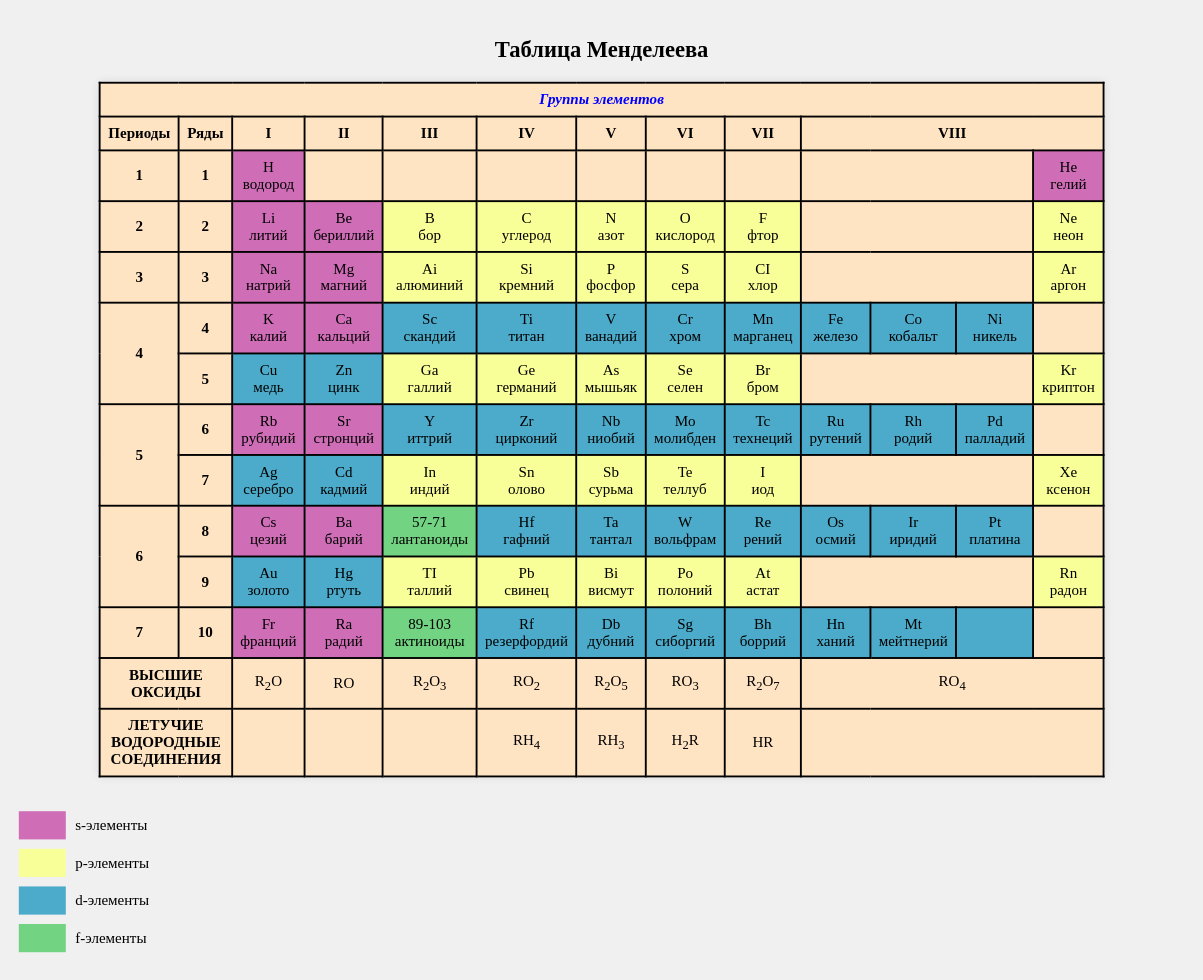
Repository: sannikovcode/exercises-a1
Page: JS/websites/01-periodic table/index.html
The author's editor kept a copy of each file at every save. The page is drawn from the files as they stood at one save, then again after the next save.
The browser window is 1280 px wide. The pictures show the whole page, at 94% of full size.

Above is the page before, as saved 2025-10-18 16:31:10.

### JS/websites/01-periodic table/index.html
<!DOCTYPE html>
<html lang="en">

<head>
    <meta charset="UTF-8">
    <meta name="viewport" content="width=device-width, initial-scale=1.0">
    <title>Periodic table</title>
    <link rel="stylesheet" href="styles.css">
</head>

<body>
    <table>
        <caption>Таблица Менделеева</caption>
        <thead>
            <tr>
                <th colspan="13"><i>Группы элементов</i></th>
            </tr>
        </thead>

        <tbody>
            <tr>
                <th scope="col">Периоды</th>
                <th scope="col">Ряды</th>
                <th scope="col">I</th>
                <th scope="col">II</th>
                <th scope="col">III</th>
                <th scope="col">IV</th>
                <th scope="col">V</th>
                <th scope="col">VI</th>
                <th scope="col">VII</th>
                <th scope="col" colspan="4">VIII</th>
            </tr>
            <tr>
                <th scope="row">1</th>
                <th>1</th>
                <td class="s">H<br>водород</td>
                <td></td>
                <td></td>
                <td></td>
                <td></td>
                <td></td>
                <td></td>
                <td colspan="3"></td>
                <td class="s">He<br>гелий</td>
            </tr>
            <tr>
                <th scope="row">2</th>
                <th>2</th>
                <td class="s">Li<br>литий</td>
                <td class="s">Be<br>бериллий</td>
                <td class="p">B<br>бор</td>
                <td class="p">C<br>углерод</td>
                <td class="p">N<br>азот</td>
                <td class="p">O<br>кислород</td>
                <td class="p">F<br>фтор</td>
                <td colspan="3"></td>
                <td class="p">Ne<br>неон</td>
            </tr>
            <tr>
                <th scope="row">3</th>
                <th>3</th>
                <td class="s">Na<br>натрий</td>
                <td class="s">Mg<br>магний</td>
                <td class="p">Ai<br>алюминий</td>
                <td class="p">Si<br>кремний</td>
                <td class="p">P<br>фосфор</td>
                <td class="p">S<br>сера</td>
                <td class="p">CI<br>хлор</td>
                <td colspan="3"></td>
                <td class="p">Ar<br>аргон</td>
            </tr>
            <tr>
                <th scope="row" rowspan="2">4</th>
                <th>4</th>
                <td class="s">K<br>калий</td>
                <td class="s">Ca<br>кальций</td>
                <td class="d">Sc<br>скандий</td>
                <td class="d">Ti<br>титан</td>
                <td class="d">V<br>ванадий</td>
                <td class="d">Cr<br>хром</td>
                <td class="d">Mn<br>марганец</td>
                <td class="d">Fe<br>железо</td>
                <td class="d">Co<br>кобальт</td>
                <td class="d">Ni<br>никель</td>
                <td></td>
            </tr>
            <tr>
                <th>5</th>
                <td class="d">Cu<br>медь</td>
                <td class="d">Zn<br>цинк</td>
                <td class="p">Ga<br>галлий</td>
                <td class="p">Ge<br>германий</td>
                <td class="p">As<br>мышьяк</td>
                <td class="p">Se<br>селен</td>
                <td class="p">Br<br>бром</td>
                <td colspan="3"></td>
                <td class="p">Kr<br>криптон</td>
            </tr>
            <tr>
                <th scope="row" rowspan="2">5</th>
                <th>6</th>
                <td class="s">Rb<br>рубидий</td>
                <td class="s">Sr<br>стронций</td>
                <td class="d">Y<br>иттрий</td>
                <td class="d">Zr<br>цирконий</td>
                <td class="d">Nb<br>ниобий</td>
                <td class="d">Mo<br>молибден</td>
                <td class="d">Tc<br>технеций</td>
                <td class="d">Ru<br>рутений</td>
                <td class="d">Rh<br>родий</td>
                <td class="d">Pd<br>палладий</td>
                <td></td>
            </tr>
            <tr>
                <th>7</th>
                <td class="d">Ag<br>серебро</td>
                <td class="d">Cd<br>кадмий</td>
                <td class="p">In<br>индий</td>
                <td class="p">Sn<br>олово</td>
                <td class="p">Sb<br>сурьма</td>
                <td class="p">Te<br>теллуб</td>
                <td class="p">I<br>иод</td>
                <td colspan="3"></td>
                <td class="p">Xe<br>ксенон</td>
            </tr>
            <tr>
                <th scope="row" rowspan="2">6</th>
                <th>8</th>
                <td class="s">Cs<br>цезий</td>
                <td class="s">Ba<br>барий</td>
                <td class="f">57-71<br>лантаноиды</td>
                <td class="d">Hf<br>гафний</td>
                <td class="d">Ta<br>тантал</td>
                <td class="d">W<br>вольфрам</td>
                <td class="d">Re<br>рений</td>
                <td class="d">Os<br>осмий</td>
                <td class="d">Ir<br>иридий</td>
                <td class="d">Pt<br>платина</td>
                <td></td>
            </tr>
            <tr>
                <th>9</th>
                <td class="d">Au<br>золото</td>
                <td class="d">Hg<br>ртуть</td>
                <td class="p">TI<br>таллий</td>
                <td class="p">Pb<br>свинец</td>
                <td class="p">Bi<br>висмут</td>
                <td class="p">Po<br>полоний</td>
                <td class="p">At<br>астат</td>
                <td colspan="3"></td>
                <td class="p">Rn<br>радон</td>
            </tr>
            <tr>
                <th scope="row">7</th>
                <th>10<br></th>
                <td class="s">Fr<br>франций</td>
                <td class="s">Ra<br>радий</td>
                <td class="f">89-103<br>актиноиды</td>
                <td class="d">Rf<br>резерфордий</td>
                <td class="d">Db<br>дубний</td>
                <td class="d">Sg<br>сиборгий</td>
                <td class="d">Bh<br>боррий</td>
                <td class="d">Hn<br>ханий</td>
                <td class="d">Mt<br>мейтнерий</td>
                <td class="d"></td>
                <td></td>
            </tr>
            <tr>
                <th colspan="2">ВЫСШИЕ <br>ОКСИДЫ</th>
                <td>R<sub>2</sub>O</td>
                <td>RO</td>
                <td>R<sub>2</sub>O<sub>3</sub></td>
                <td>RO<sub>2</sub></td>
                <td>R<sub>2</sub>O<sub>5</sub></td>
                <td>RO<sub>3</sub></td>
                <td>R<sub>2</sub>O<sub>7</sub></td>
                <td colspan="4">RO<sub>4</sub></td>
            </tr>
            <tr>
                <th colspan="2">ЛЕТУЧИЕ <br>ВОДОРОДНЫЕ <br> СОЕДИНЕНИЯ</th>
                <td></td>
                <td></td>
                <td></td>
                <td>RH<sub>4</sub></td>
                <td>RH<sub>3</sub></td>
                <td>H<sub>2</sub>R</td>
                <td>HR</td>
                <td colspan="4"></td>
            </tr>
        </tbody>
    </table>
    <br>
    <br>
    <tfoot>
        <div class="item">
            <div class="rectangle s"></div>
            <span>s-элементы</span>
        </div>

        <div class="item">
            <div class="rectangle p"></div>
            <span>p-элементы</span>
        </div>

        <div class="item">
            <div class="rectangle d"></div>
            <span>d-элементы</span>
        </div>

        <div class="item">
            <div class="rectangle f"></div>
            <span>f-элементы</span>
        </div>

    </tfoot>

    </table>




</body>

</html>

### JS/websites/01-periodic table/styles.css
body {
  background-color: hsl(0, 0%, 94%); /* фон всей страницы */
  margin: 0;
  padding: 20px;
}
table {
  background-color: #ffffff; /* фон таблицы */
  border-collapse: collapse;
  width: 100%;
  max-width: 900px;
  margin: 0 auto;
  box-shadow: 0 0 10px rgba(0,0,0,0.1);
}

table, th, td {
  border: 2px solid #000000;
}

th, td {
  padding: 8px;
  text-align: center;
  background-color: bisque;
}
caption {
  caption-side: top;
  font-weight: bold;
  padding: 20px;
  font-size: 1.5em;
}
thead {
  background-color: #222;   /* тёмный фон для заголовков */
  color: blue;              /* светлый текст */
  font-weight: bold;
}
tbody tr:hover {
  background-color: #7e3e3e;     /* выделение строки при наведении */
  color: #2a1199;
}



/* элементы */
.s {
  background-color: rgb(207, 109, 183);
}

.p {
  background-color: rgb(248, 255, 152);
}

.d {
  background-color: rgb(76, 171, 202);
}

.f {
  background-color: rgb(114, 211, 130);
}


.item {
    display: flex;
    align-items: center;
    margin-bottom: 10px;
}
  .rectangle {
    width: 50px;
    height: 30px;
    margin-right: 10px;
}

After the next save:
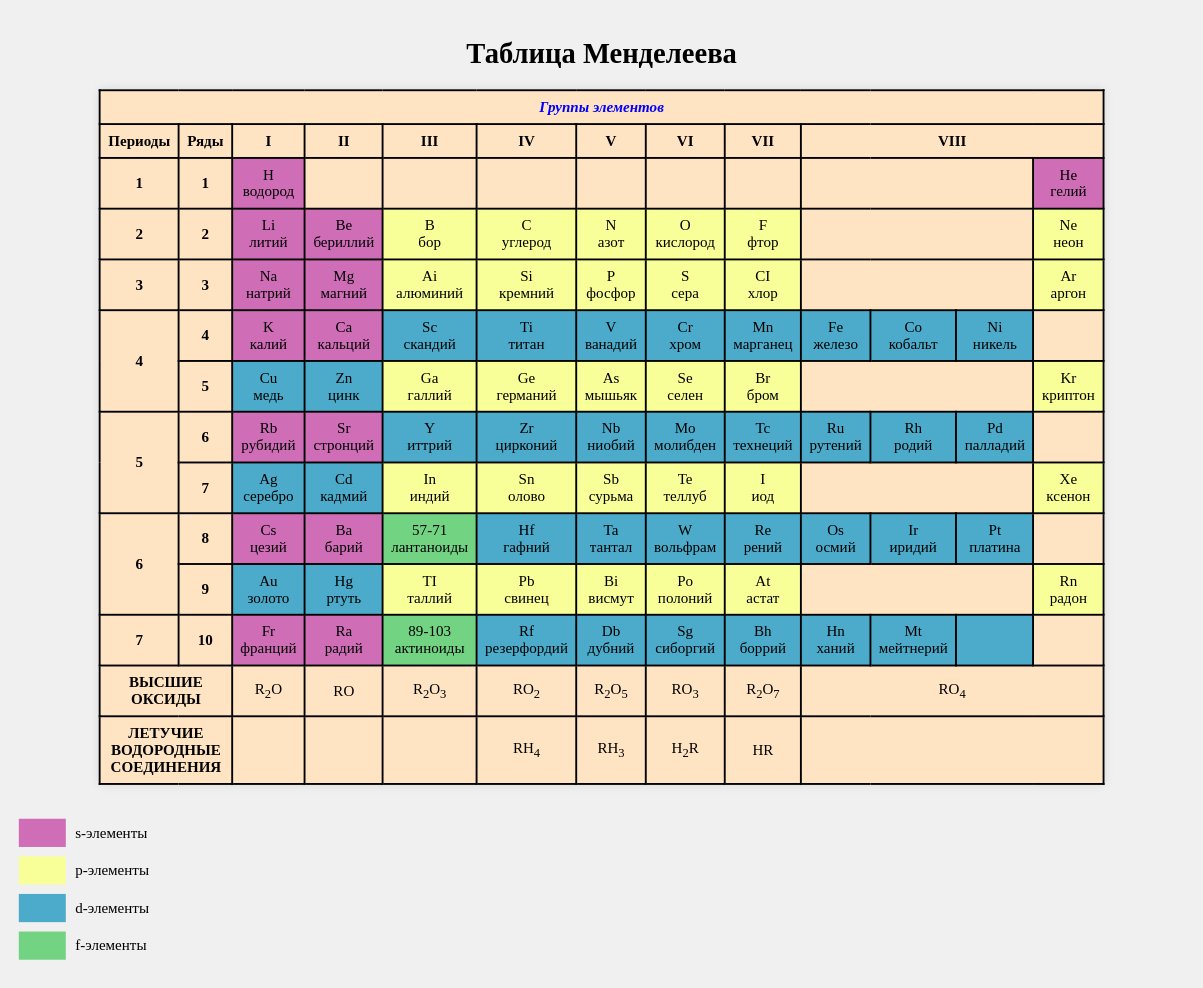
Saved 30 s later.
--- a/JS/websites/01-periodic table/styles.css
+++ b/JS/websites/01-periodic table/styles.css
@@ -25,7 +25,7 @@ caption {
   caption-side: top;
   font-weight: bold;
   padding: 20px;
-  font-size: 1.5em;
+  font-size: 1.9em;
 }
 thead {
   background-color: #222;   /* тёмный фон для заголовков */
